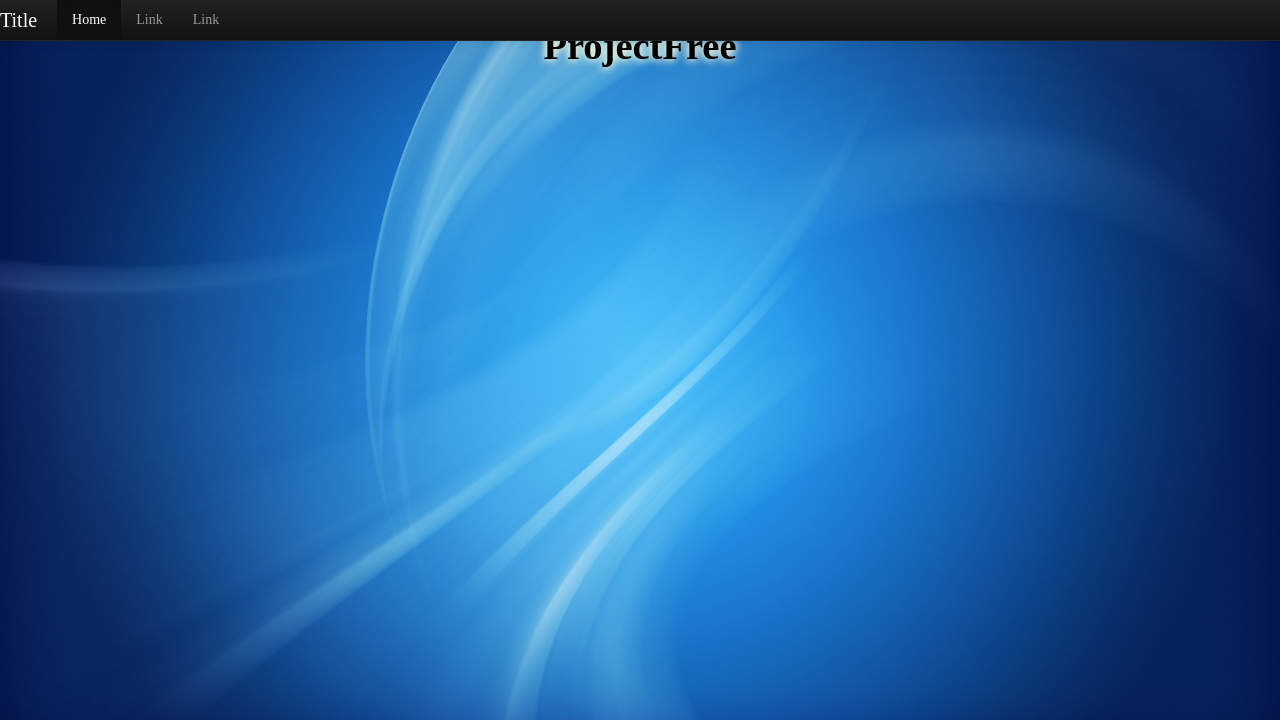
Repository: BrunoRB/ProjetoBanco
Page: http://localhost/templates/header.php
An editor plug-in stored every save of this project. The page is shown before and after a run of saves, followed by the edit.
The browser window is 1280 px wide. The pictures show the whole page.
The page is run by PHP 8.4 with error messages shown; the project is at /var/www/html/.

Above is the page before, as saved 2013-06-14 03:31:35.

### codigo/ProjectFree/templates/header.php
<!DOCTYPE HTML>

<html lang="pt-BR">
<head>
<meta charset='utf-8' />
<title>Project Free</title>

<meta name="viewport" content="width=device-width, initial-scale=1.0">
<link rel="stylesheet" type="text/css"
	href="../resources/css/bootstrap.css" />
<link rel="stylesheet" type="text/css"
	href="../resources/css/bootstrap-responsive.css" />
<link rel="stylesheet" type="text/css" href="../resources/css/main.css" />

<script type="text/javascript" src="../resources/js/jquery-2.0.2.js"></script>
<script type="text/javascript" src="../resources/js/bootstrap.js"></script>
</head>
<body>
	<header>
		<div class="pagination-centered">
			<h1 class="text-">ProjectFree</h1>
			<nav class="navbar navbar-fixed-top navbar-inverse">
				<div class="navbar-inner">
					<a class="brand" href="#">Title</a>
					<ul class="nav">
						<li class="active"><a href="#">Home</a></li>
						<li><a href="#">Link</a></li>
						<li><a href="#">Link</a></li>
					</ul>
				</div>
			</nav>
		</div>
	</header>

### codigo/ProjectFree/resources/css/main.css

body {
    font-family: Times New Roman;
    background: url(../img/blue.jpg) no-repeat center center fixed;
    background-size: cover;
	margin: 2% !important;
}

h1 {
	color: #aaf;
    text-shadow: none;
    -webkit-transition: 500ms linear 0s;
    -moz-transition: 500ms linear 0s;
    -o-transition: 500ms linear 0s;
    transition: 500ms linear 0s;
    outline: 0 none;
    color: black;
    text-shadow: -1px 1px 8px #ffc, 1px -1px 8px #fff;

}

h1:hover, button:hover {
	color: white;
    text-shadow: -1px 1px 8px #ffc, 1px -1px 8px #fff;
}

.verticalCenter {
	margin-top: 10%;
}

footer.footer {
	margin-bottom: 1%;
}

#container {
	font-size: large;
}

Loaded but not shown: codigo/ProjectFree/resources/css/bootstrap.css (library); codigo/ProjectFree/resources/css/bootstrap-responsive.css (library); codigo/ProjectFree/resources/js/jquery-2.0.2.js (library); codigo/ProjectFree/resources/js/bootstrap.js (library)

After the next 2 saves:
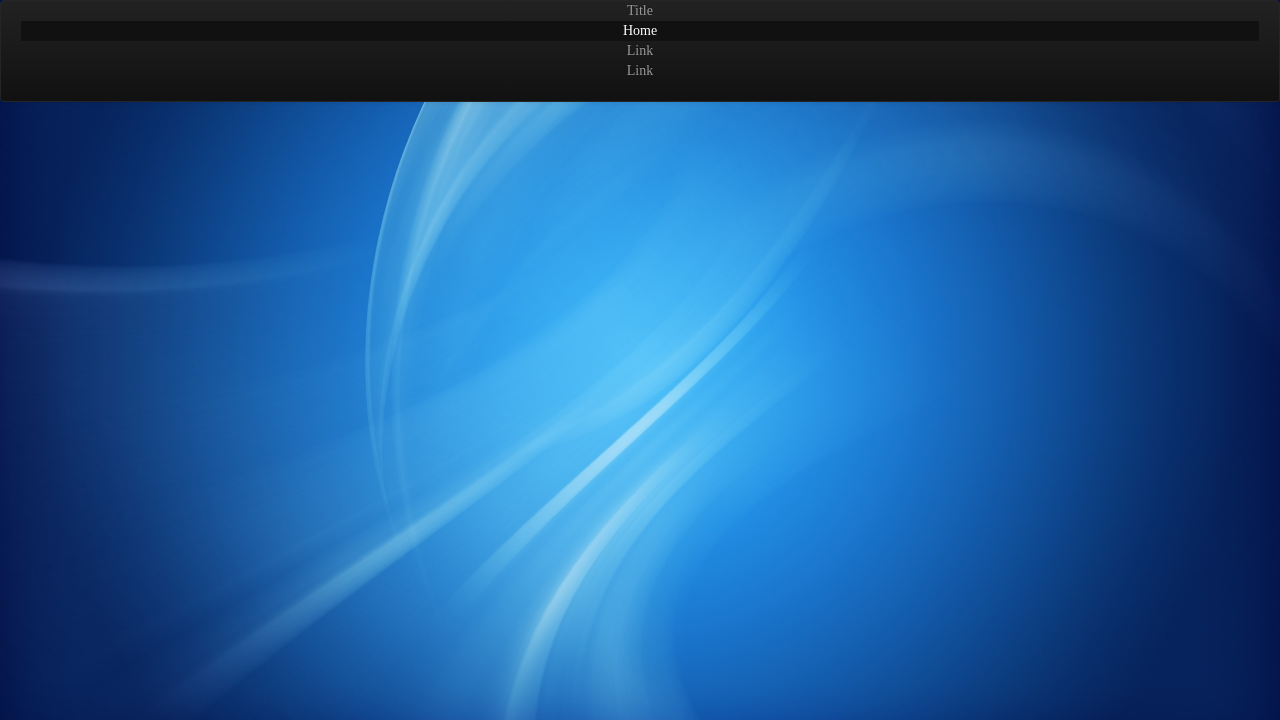
The 2 saves are shown as one change because they came seconds apart.
The last was saved 7 s later.
--- a/codigo/ProjectFree/templates/header.php
+++ b/codigo/ProjectFree/templates/header.php
@@ -19,8 +19,8 @@
 	<header>
 		<div class="pagination-centered">
 			<h1 class="text-">ProjectFree</h1>
-			<nav class="navbar navbar-fixed-top navbar-inverse">
-				<div class="navbar-inner">
+			<nav class="navbar-inverse">
+				<div class="navbar-inner navbar-fixed-top">
 					<a class="brand" href="#">Title</a>
 					<ul class="nav">
 						<li class="active"><a href="#">Home</a></li>
